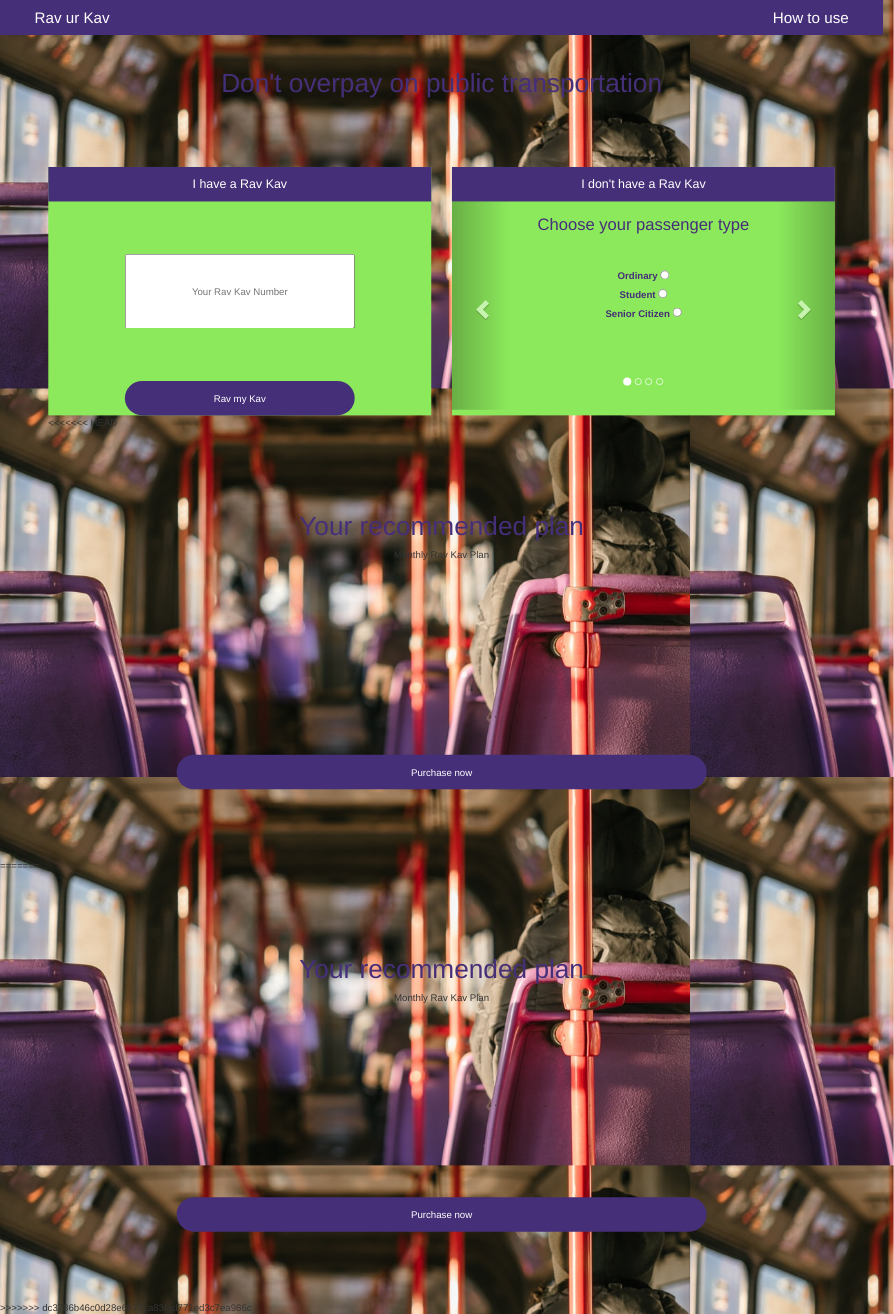
Repository: Louhla/Rav-ur-Kav
Page: index.html
An editor plug-in stored every save of this project. The page is shown before and after the next save, followed by the edit.
The browser window is 1280 px wide. The page is 1295 px wide, then 1280 px, so the pictures cover 1295 px, including what lies to the right of the window. The pictures show the whole page, at 69% of full size.

Above is the page before, as saved 2019-07-17 21:19:09.

### index.html
<!DOCTYPE html>
<html lang="en">

<head>
    <meta charset="utf-8">
    <meta name="viewport" content="width=device-width, initial-scale=1">
    <link rel="stylesheet" href="https://maxcdn.bootstrapcdn.com/bootstrap/3.4.0/css/bootstrap.min.css">
    <script src="https://ajax.googleapis.com/ajax/libs/jquery/3.4.1/jquery.min.js"></script>
    <script src="https://maxcdn.bootstrapcdn.com/bootstrap/3.4.0/js/bootstrap.min.js"></script>
    <link rel="stylesheet" type="text/css" href="./css/rav-ur-kav.css">
    <title>Rav ur kav - Public Transport Calculator</title>
    <meta name="description" content="Get the best rate for your Rav Kav according to your commute">
</head>

<body>
    <div id="modal-wrapper">
        <div class="modal">
            <h1>How to get the most our of your Rav Kav:</h1>
            <h3>For current Rav Kav users:</h3>
            <h3>Log in with your Rav Kav card number located on the back of your card (bottom right corner)</h3>
            <h3>Rav ur Kav alanlyzes your commute history and reccomends the best Rav Kav plan that will save you the
                most money</h3>
            <h3>Not sure what plan is right for you?</h3>
            <h3>Use the Rav Kav plan calculator to figure out which plan is right for you</h3>
            <br>
            <div id="button-box">
                <button class="my-button" id="close">Close</button>
            </div>
        </div>
    </div>
    <div id="root"></div>
    <heading class="header">
        <div class="logo">Rav ur Kav
        </div>
        <div id="how-to">How to use
        </div>
    </heading>

    <div class="container">
        <div class="row">
            <div class="col-md-12">
                <h1>Don't overpay on public transportation</h1>
            </div>
        </div>
        <div class="row">
            <div class="col-md-6">
                <div class="existing-user">
                    <h4>I have a Rav Kav</h4>
                    <input id="rav-kav-number" type=text placeholder="Your Rav Kav Number"></input>
                    <a href="#recommended-plan">
                        <input type="submit" value="Rav my Kav" id="rav-kav-number-button" />
                    </a>
                </div>
            </div>
            <div class="col-md-6">
                <div class="new-user">
                    <h4>I don't have a Rav Kav</h4>
                    <div id="myCarousel" class="carousel slide" data-ride="carousel">
                        <!-- Indicators -->
                        <ol class="carousel-indicators">
                            <li data-target="#myCarousel" data-slide-to="0" class="active"></li>
                            <li data-target="#myCarousel" data-slide-to="1"></li>
                            <li data-target="#myCarousel" data-slide-to="2"></li>
                            <li data-target="#myCarousel" data-slide-to="3"></li>
                        </ol>

                        <!-- Wrapper for slides -->
                        <div class="carousel-inner">
                            <div class="item active">
                                <h3>Choose your passenger type</h3>
                                <form id="passenger-type">
                                    <div>
                                        <label>Ordinary</label>
                                        <input type="radio" name="radio"></input>
                                    </div>
                                    <div>
                                        <label>Student</label>
                                        <input type="radio" name="radio"></input>
                                    </div>
                                    <div>
                                        <label>Senior Citizen</label>
                                        <input type="radio" name="radio"></input>
                                    </div>
                                </form>
                            </div>

                            <div class="item">
                                <h3>Where do you wanna ride?</h3>
                                <form>
                                    <label>Choose a city or several places if you are travelling between cities</label>
                                    <select>
                                        <option selected disabled>City</option>
                                        <option value="low">Tel Aviv</option>
                                        <option value="medium">Jerusalem</option>
                                        <option value="high">Haifa</option>
                                        <option value="high">Rishon Le Zion</option>
                                        <option value="high">Herzlya</option>
                                        <option value="high">Raanana</option>
                                        <option value="high">Netanya</option>
                                        <option value="high">Beit Shemesh</option>
                                    </select>
                                </form>
                            </div>

                            <div class="item">
                                <h3>What's your public transportation?</h3>
                                <table id="driving-pattern">
                                    <tr>
                                        <th>Type</th>
                                        <th>MON</th>
                                        <th>TUE</th>
                                        <th>WED</th>
                                        <th>THU</th>
                                        <th>FRI</th>
                                        <th>SAT</th>
                                        <th>SUN</th>
                                    </tr>
                                    <tr>
                                        <td>City 2 City Bus</td>
                                        <td><input class="rides-per-day" type="number" min="0" max="9"></input></td>
                                        <td><input class="rides-per-day" type="number" min="0" max="9"></input></td>
                                        <td><input class="rides-per-day" type="number" min="0" max="9"></input></td>
                                        <td><input class="rides-per-day" type="number" min="0" max="9"></input></td>
                                        <td><input class="rides-per-day" type="number" ></input></td>
                                        <td><input class="rides-per-day" type="number" min="0" max="9"></input></td>
                                        <td><input class="rides-per-day" type="number" min="0" max="9"></input></td>
                                    </tr>
                                    <tr>
                                        <td>City 2 City Train</td>
                                        <td><input class="rides-per-day" type="number" min="0" max="9"></input></td>
                                        <td><input class="rides-per-day" type="number" min="0" max="9"></input></td>
                                        <td><input class="rides-per-day" type="number" min="0" max="9"></input></td>
                                        <td><input class="rides-per-day" type="number" min="0" max="9"></input></td>
                                        <td><input class="rides-per-day" type="number" min="0" max="9"></input></td>
                                        <td><input class="rides-per-day" type="number" min="0" max="9"></input></td>
                                        <td><input class="rides-per-day" type="number" min="0" max="9"></input></td>
                                    </tr>
                                    <tr>
                                        <td>City Bus</td>
                                        <td><input class="rides-per-day" type="number" min="0" max="9"></input></td>
                                        <td><input class="rides-per-day" type="number" min="0" max="9"></input></td>
                                        <td><input class="rides-per-day" type="number" min="0" max="9"></input></td>
                                        <td><input class="rides-per-day" type="number" min="0" max="9"></input></td>
                                        <td><input class="rides-per-day" type="number" min="0" max="9"></input></td>
                                        <td><input class="rides-per-day" type="number" min="0" max="9"></input></td>
                                        <td><input class="rides-per-day" type="number" min="0" max="9"></input></td>
                                    </tr>
                                </table>
                            </div>
                            <div class="item">
                                <button id="rav-my-kav">Rav my Kav</button>
                            </div>
                        </div>

                        <!-- Left and right controls -->
                        <a class="left carousel-control" href="#myCarousel" data-slide="prev">
                            <span class="glyphicon glyphicon-chevron-left"></span>
                            <span class="sr-only">Previous</span>
                        </a>
                        <a class="right carousel-control" href="#myCarousel" data-slide="next">
                            <span class="glyphicon glyphicon-chevron-right"></span>
                            <span class="sr-only">Next</span>
                        </a>
                    </div>
                </div>
            </div>
        </div>
<<<<<<< HEAD
    </div>
    </div>
    <div class="row">
        <div class="col-md-12 recommended-plan">
            <h2>Your recommended plan</h2>
            <div>
                Monthly Rav Kav Plan
            </div>
            <button id="purchase">Purchase now</button>
        </div>
    </div>
=======
        <div class="row">
            <div class="col-md-12 recommended-plan" id="recommended-plan">
                <h2>Your recommended plan</h2>
                <div>
                    Monthly Rav Kav Plan
                </div>
                <button id="purchase">Purchase now</button>
            </div>
        </div>
>>>>>>> dc3786b46c0d28e6b77ca83fad771ed3c7ea986c
    </div>
    <script type="text/javascript" src="./js/rav-ur-kav.js"></script>
</body>

</html>

### css/rav-ur-kav.css
body {
    margin: 0px;
    padding: 0px;
    background-image: url("/img/bus.jpg");
}
/* Modal START */
#modal-wrapper {
    position: fixed;
    top: 0;
    bottom: 0;
    right: 0;
    left: 0;
    background-color: rgba(0, 0, 0, 0.5);
    z-index: 12345;
    display: none;
}

#modal-wrapper .modal {
    background-color: white;
    width: 90vw;
    height: 90vh;
    position: absolute;
    top: 50%;
    left: 50%;
    transform: translateX(-50%) translateY(-50%);
    border-radius: 5px;
    text-align: center;
    background-image: url('../img/bgm.png');
    background-repeat: no-repeat;
    background-position: center;
    background-size: cover;
    color: white;
    text-shadow: 3px 3px #000000;
    display: flex;
    flex-direction: column;
    align-items: center;
    justify-content: space-evenly;
}

.modal-content {
    background-color: rgba(0, 0, 0, 0.5);
}

.modal-content h1 {
    font-size: 2rem;
    margin-block-start: 0.3rem;
    margin-block-end: 0.3rem;
}

.modal-content h3 {
    font-size: 1rem;
    margin-block-start: 0.5rem;
    margin-block-end: 0.5rem;
}

#button-box {
    width: 70vh;
    display: flex;
    justify-content: flex-end;
}

.my-button {
    color: red;
    background-color: yellow;
    height: 5vh;
    width: 20vh;
    font-size: 4vh;
    text-align: center;
    padding: 0;
}
/* Modal END */

/* Homepage START */
.header{
    display: flex;
    position: fixed;
    z-index: 9;
    justify-content: space-between;
    width: 100%;
    align-items: center;
    box-shadow: 5px;
    background-color: #462F79;
    color: white;
    font-size: 22px;
}
.logo{
    margin: 10px 0px 10px 50px;
}
.how-to{
    margin: 10px 50px 10px 0px;
}
.existing-user{
    background-color: #8CE95C;
    display: flex;
    flex-direction: column;
    text-align: center;
    height: 50vh;
}
.new-user{
    background-color: #8CE95C;
    text-align: center;
    height: 50vh;
}
h1{
    text-align: center;
    margin: 100px;
    color: #8CE95C;
    font-size: 38px;
}
.existing-user > h4, .new-user > h4{
    background-color: #462F79;
    padding: 15px 0px;
    margin: 0px;
    color: white;
}
#rav-kav-number{
    width: 60%;
    margin: auto;
    text-align: center;
}
#rav-kav-number-button, #purchase, #rav-my-kav{
    width: 60%;
    margin: auto;
    height: 50px;
    border-radius: 50px;
    border-style: none;
    color: white;
    background-color: #462F79;
    -webkit-transition: width 0.5s ease-in-out;
    -moz-transition: width 0.5s ease-in-out;
    -ms-transition: width 0.5s ease-in-out;
    transition: width 0.5s ease-in-out;
}
#rav-kav-number-button:hover{
    width: 62%;
}
a{
    cursor:pointer;
    text-decoration: none;
    color: white;
}
a:hover{
    text-decoration: none;
    color: white;
}
#how-to{
    margin: 10px 50px 10px 0px;
    cursor: pointer;
}
.existing-user{
    background-color: #8CE95C;
    display: flex;
    flex-direction: column;
    text-align: center;
    height: 50vh;
}
.new-user{
    background-color: #8CE95C;
    text-align: center;
    height: 50vh;
}
h1{
    text-align: center;
    margin: 100px;
    color: #462F79;
    font-size: 38px;
}
.existing-user > h4, .new-user > h4{
    background-color: #462F79;
    padding: 15px 0px;
    margin: 0px;
    color: white;
}
#rav-kav-number{
    width: 60%;
    height: 30%;
    margin: auto;
    text-align: center;
}
.recommended-plan{
    display: flex;
    align-items :center;
    flex-direction: column;
    margin-top: 100px;
}
.recommended-plan > div{
    height: 300px;
}
h2{
    color: #462F79;
    font-size: 38px;
}
#purchase{
    margin-bottom: 100px;
}
.carousel{
    position: relative;
    height: 84%;
    color: #462F79;
}
#passenger-type{
    display: flex;
    flex-direction: column;
    align-items: center;
    justify-content: space-evenly;
}
label{
    border-radius: 50%;
}
h3{
    margin-bottom: 50px;
}
.rides-per-day{
    width: 30px;
    height: 30px;
}
#driving-pattern{
    margin: auto;
}
/* Homepage END */

### js/rav-ur-kav.js
console.log("step1");

$(document).ready(() => {
    // Globals

    // Modal buttons
    let howToButton = $("#how-to");
    let closeModalButton = $("#close");
    $(closeModalButton).on("click", () => {
      $("#modal-wrapper").toggle();
    });
    $(howToButton).on("click", () => {
      $("#modal-wrapper").toggle();
      console.log('how to')
    });
});
console.log("whats up")



$('#rav-kav-number').on('input', function (event) {
    this.value = this.value.replace(/[^0-9]/g, '');
});

$('.carousel').carousel({
    interval: false
  }).on('slid.bs.carousel', function () {
      curSlide = $('.active');
    if(curSlide.is( ':first-child' )) {
       $('.left').hide();
       return;
    } else {
       $('.left').show();
    }
    if (curSlide.is( ':last-child' )) {
       $('.right').hide();
       return;
    } else {
       $('.right').show();
    }
  });

After the next save:
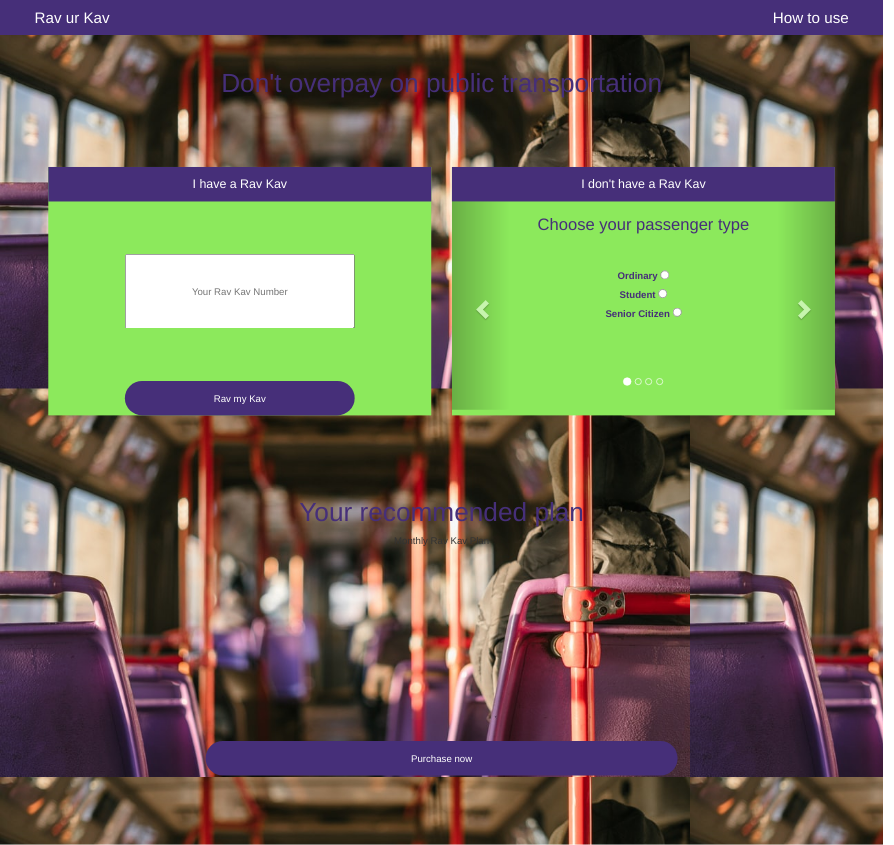
Saved 11 s later.
--- a/index.html
+++ b/index.html
@@ -165,19 +165,6 @@
                 </div>
             </div>
         </div>
-<<<<<<< HEAD
-    </div>
-    </div>
-    <div class="row">
-        <div class="col-md-12 recommended-plan">
-            <h2>Your recommended plan</h2>
-            <div>
-                Monthly Rav Kav Plan
-            </div>
-            <button id="purchase">Purchase now</button>
-        </div>
-    </div>
-=======
         <div class="row">
             <div class="col-md-12 recommended-plan" id="recommended-plan">
                 <h2>Your recommended plan</h2>
@@ -187,7 +174,6 @@
                 <button id="purchase">Purchase now</button>
             </div>
         </div>
->>>>>>> dc3786b46c0d28e6b77ca83fad771ed3c7ea986c
     </div>
     <script type="text/javascript" src="./js/rav-ur-kav.js"></script>
 </body>
